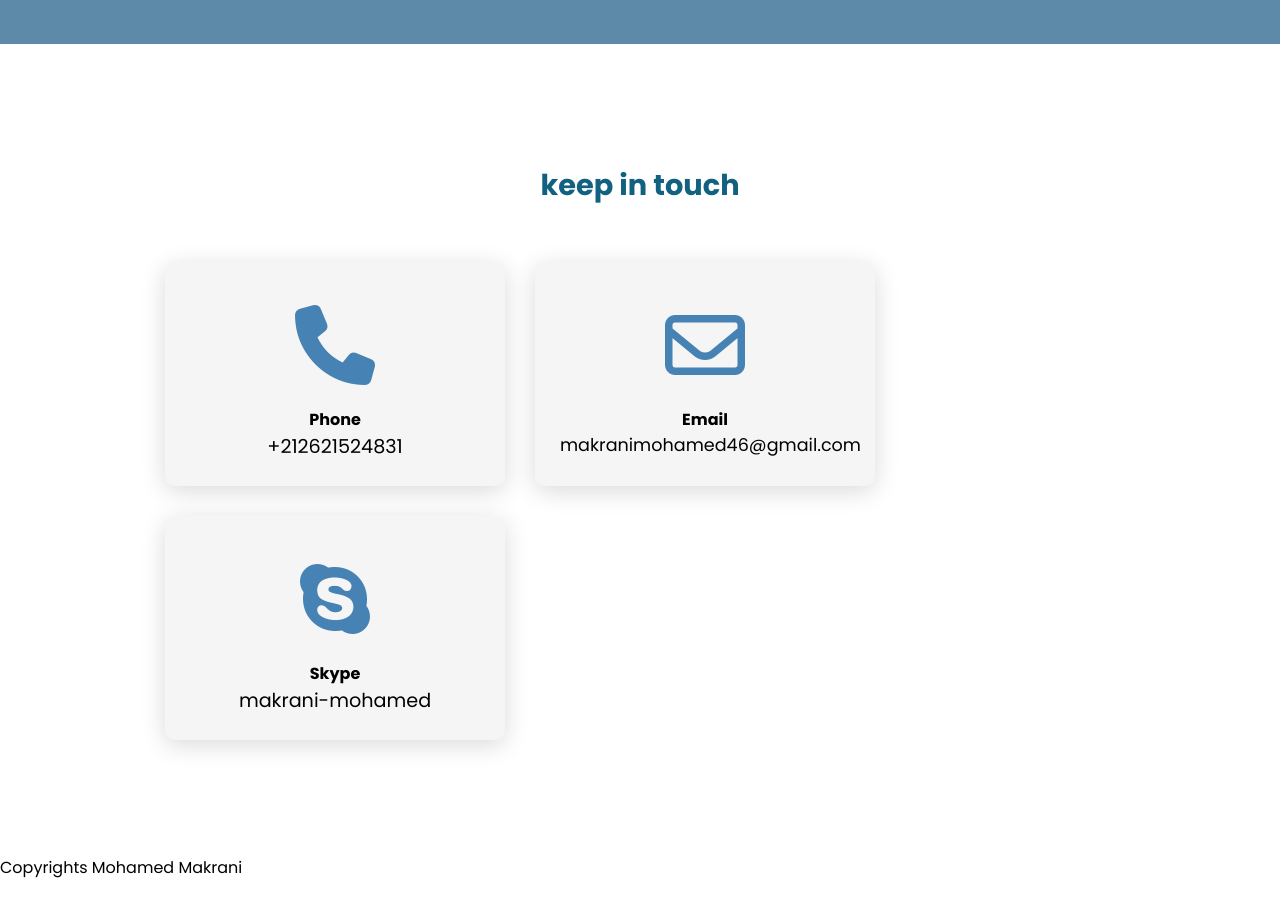
Repository: mohamed-makrani/Portfolio
Page: indixe.html
These files come from the project's save history. The page is drawn as it stood at one moment and after the next save; the edit follows.
The browser window is 1280 px wide. The pictures show the part of the page from y = 2674 to 3626 px (the page is 3587 px tall before and 3626 px after).
A picture or video elsewhere on the page could not be fetched, so the positions and the page height are approximate. Backgrounds fixed to the window are drawn as part of the page.

Above is the page before, as saved 2023-09-17 15:29:11.

### indixe.html
<!DOCTYPE html>
<html lang="en">
<head>
    <meta charset="UTF-8">
    <meta name="descreption" content="makrani-mohamed/portfilio"/>
    <title>Mohamed-makrani</title>
    <link rel="stylesheet" href="https://cdnjs.cloudflare.com/ajax/libs/font-awesome/6.4.2/css/all.min.css"/>
    <link  rel="stylesheet" href="style.css" />
</head>
<body>
    <header>
        <a class="logo" href="#logo" >Mohamed-makrani</a>
        <nav class="navigation">
            <a href="#services" >services</a>
            <a href="#projects" > projects</a>
            <a href="#contact"> contact </a>

        </nav>
    </header>
    <section class="main" id="logo">
        <div>
            <h6>Hello, I'm mohamed </h6>
            <h1>Web developer</h1>
            <h4>Width defines web's rhythm</h4>
        <a href="#" class="main-button">view my work</a>
        <div class="social-media">
            <a href="#" ><i class="fa-brands fa-github"></i></a>
            <a href="https://www.linkedin.com/in/mohamed-makrani-b9bb0028b/" target="_blank"><i class="fa-brands fa-linkedin"></i></a>
            <a href="#"><i class="fa-brands fa-instagram"></i></a>
            <a href="#"><i class="fa-brands fa-facebook"></i></a>
        </div>
        </div>
    </section>

    <section class="cards" id="services" >
        <h2 class="title">Services</h2>
        <div class="content" >
            <div class="card">
                <div class="icon"><i class="fa-solid fa-shield-halved"></i></div>
                <div class="info">
                    <h2>Web app testing</h2>
                    <p>Effective web application testing is crucial to delivering a high-quality product to users and maintaining its reliability over time.</p>
                </div>
            </div>
            <div class="card">
                <div class="icon"><i class="fa-solid fa-database"></i></div>
                <div class="info">
                    <h2>Database management</h2>
                    <p>the process of designing, implementing, maintaining, and optimizing databases to efficiently and securely store, retrieve, and manage data.</p>
                </div>
            </div>
            <div class="card">
                <div class="icon"><i class="fa-solid fa-code"></i></div>
                <div class="info">
                    <h2>Web app developer</h2>
                    <p> designing, creating, and maintaining web applications.</p>
                </div>

            </div>

        </div>
    </section>
        <section class="Projects" id="projects">
            <h2 class="projec-title">Projects</h2>
            <div class="project-content">
                <div class="project-card">
                    <div class="image">
                        <img src="test-web-application.jpg" />
                    </div>
                    <div class="project-info">
                        <strong class="project-title"><span>Testing web applications</span>

                        </strong>
                        <p> testing web applications for security vulnerabilities. </p>
                        <a href="" class="detaile" >More detaile</a>
                    </div>
                </div>
                <div class="project-card">
                    <div class="image">


                    </div>
                    <div class="project-info">
                        <strong class="project-title"><span></span></strong>
                        <p></p>
                        <a href="" class="detaile">More detaile</a>

                    </div>

                </div>
                <div class="project-card">
                    <div class="image">

                    </div>
                    <div class="project-info">
                        <strong class="project-title"><span></span></strong>
                        <p></p>
                         <a href="" class="detaile">More detaile</a>
                    </div>




                </div>


            </div>

        </section>
        <section class="contact-me" id="contact">
            <h2 class="work-contact">keep in touch</h2>
            <div class="contact-content">
                <div class="contact-card">
                    <div class="contact-icon"><i class="fa-solid fa-phone"></i></div>
                    <div class="contact-info">
                        <h4>Phone</h4>
                        <P class="Ph">+212621524831</P>
                    </div>
                </div>
                <div class="contact-card">
                    <div class="contact-icon"><i class="fa-regular fa-envelope"></i></div>
                    <div class="contact-info">
                        <h4>Email</h4>
                        <p class="em">makranimohamed46@gmail.com</p>

                    </div>


            </div>
            <div class="contact-card">
                <div class="contact-icon"><i class="fa-brands fa-skype"></i></i></div>
                <div class="contact-info">
                    <h4>Skype</h4>
                    <p class="xd">makrani-mohamed</p>

                </div>


        </div>
            </div>





        </section>
        <footer class="footer">
            <p class="footer-title" >Copyrights <span>Mohamed Makrani</span></p>
            <div class="social-media">
                <a href="#" ><i class="fa-brands fa-github"></i></a>
                <a href="https://www.linkedin.com/in/mohamed-makrani-b9bb0028b/" target="_blank"><i class="fa-brands fa-linkedin"></i></a>
                <a href="#"><i class="fa-brands fa-instagram"></i></a>
                <a href="#"><i class="fa-brands fa-facebook"></i></a>
            </div>

        </footer>








</body>
</html>

### style.css
@import url('https://fonts.googleapis.com/css2?family=Poppins:ital,wght@0,200;0,300;0,400;0,500;0,600;0,700;0,800;0,900;1,100;1,200;1,300;1,400;1,500;1,600;1,700;1,800;1,900&display=swap');

*{

    font-family: 'Poppins', sans-serif;
    margin: 0;
    padding: 0;
    box-sizing: border-box;
    scroll-behavior: smooth;
}
 header{

    background-color: #f5f5f5;
    width: 100%;
    position: fixed;
    display: flex;
    z-index: 999;
    justify-content: space-between;
    align-items: center;
    padding: 10px 200px;

 }
 .logo {
    /* default is 16 px */

    text-decoration: none;
    font-size: 16px;
    color: #126180;
    text-transform: uppercase;
    font-weight: 700;
 }
 .navigation a{
    color: #126180;
    font-size: 15px;
    font-weight: 600px;
    text-decoration: none;
    padding-left:  30px;

 }
.navigation a:hover {

color: rgb(83, 15, 146);
}
 section {

   padding: 100px 150px;
 }
 .main{

   width: 100%;
   min-height: 100vh;
   display: flex;
   align-items: center;
   background:url(backround.jpg) no-repeat;
   background-size: cover;
   background-position:center ;
   background-attachment: fixed;

 }
 .main h6 {

   color: white;
   font-weight:500px ;
   font-size: 0.9em;


 }

 .main h1 {

   color:#5d8aa8 ;
   font-size: 2.4em;
   font-weight: 500px;
   margin-top: 6px;
 }
 .main h4 {

   color: white;
   font-size: 1em;
   font-weight: 500px;
   margin-top: 6px;
   margin-bottom: 20px;
   letter-spacing:1px;
 }
.main-button {

color : white;
text-decoration: none;
background-color: #92a1cf;
letter-spacing : 1px;
font-size: 1em;
font-weight: 600px;
display: inline-block;
padding: 0.935em 2.187em;
border-radius: 12px;
margin-bottom: 20px;
transition: 0.7s ease;

}
.main-button :hover{
   background-color:#545aa7;
   transform: scale(1.1);
}
.social-media a{

   color: white;
   font-size: 22px;
   padding-left: 18px;

}

.title {

   display: flex;
   justify-content: center;
   color:#126180;
   font-size:1.8em ;
   font-weight: 700px;
   margin-bottom: 40px;
}
.content{
   display: flex;
   justify-content: center;
   flex-direction: row;
   flex-wrap: wrap;
}
.card {
   background-color:#f5f5f5;
   width:21.25em;
   box-shadow: 0 5px 25px rgba(1 1 1 /15%);
    border-radius: 10px;
    padding: 25px;
    margin: 15px;
    transition: 0.4s ease;
}
.card:hover {
   transform: scale(1.1);
}
.icon {
   color: #4682b4;
   text-align: center;
   font-size: 5em;
}
.info h2 {

   color:#4682b4 ;
   text-align: center;
   font-size:1.1em;
   font-weight: 700px;
   margin:10px ;

}
.info p {

   text-align: center;
   font-size:1.1em ;
   font-weight:500px ;
   color :rgb(39, 37, 37);


}
.Projects{
   background-color: #5d8aa8;
}
.projec-title{

   display: flex;
   justify-content: center;
   color: white;
   font-size:1.8em ;
   font-weight:700 ;
   margin-bottom: 40px;

}
.project-content{

   display: flex;
   justify-content: center;
   flex-direction: row;
   flex-wrap: wrap;
}

 .projects.project-content{
   margin-top: 30px;
 }
.project-card{

   background-color: white;
   border: 2px solid black;
   min-height: 14em;
   width: 23em;
   overflow: hidden;
   border-radius: 10px;
   margin: 20px;
   transition: 0.5s ease;
}

.project-card:hover{
   transform: scale(1.1);
}
.project-card:hover .image{
opacity: 0.9;

}
image img {
   width: 100%;
}
.project-info{
   padding: 1em;
}
.project-info p{
   font-size: 0.9em;
   color: black;

}
.project-info strong{
   margin-top: 10px;
   font-weight: 800px;
   display: flex;
   justify-content: space-between;
   text-transform: uppercase;

}
.detaile {
   padding-top: 20px;
   text-decoration:none;
   font-size: 1.4em;
   font-weight: 800px;
   color:#4682b4;
   justify-content: center;

}

.contact-me{
   margin-top :20px;
}
.work-contact{
   color: #126180;
    display: flex;
   justify-content: center;
   font-size:1.8em ;
   font-weight: 700px;
   margin-bottom: 40px;

}
.contact-content{
   display: flex;
   flex-direction: row;
   flex-wrap: wrap;
}
.contact-card{
   background-color:#f5f5f5;
   width:21.25em;
   box-shadow: 0 5px 25px rgba(1 1 1 /15%);
    border-radius: 10px;
    padding: 25px;
    margin: 15px;
    justify-content:center;
    align-items:center;

    transition: 0.4s ease;
}
.contact-card:hover{
    transform: scale(1.1);
}
.contact-icon{
   color: #4682b4;
   text-align: center;
   font-size: 5em;
}
.contact-info h4{
  text-align: center;
}
.Ph{
   text-align: center;
   font-size: 1.2em;
}
.xd{
   text-align: center;
   font-size: 1.2em;
}
.em{
   font-size: 1.1em;
}
.contacte-me.icon{
   font-size: 4.5em;
}

After the next save:
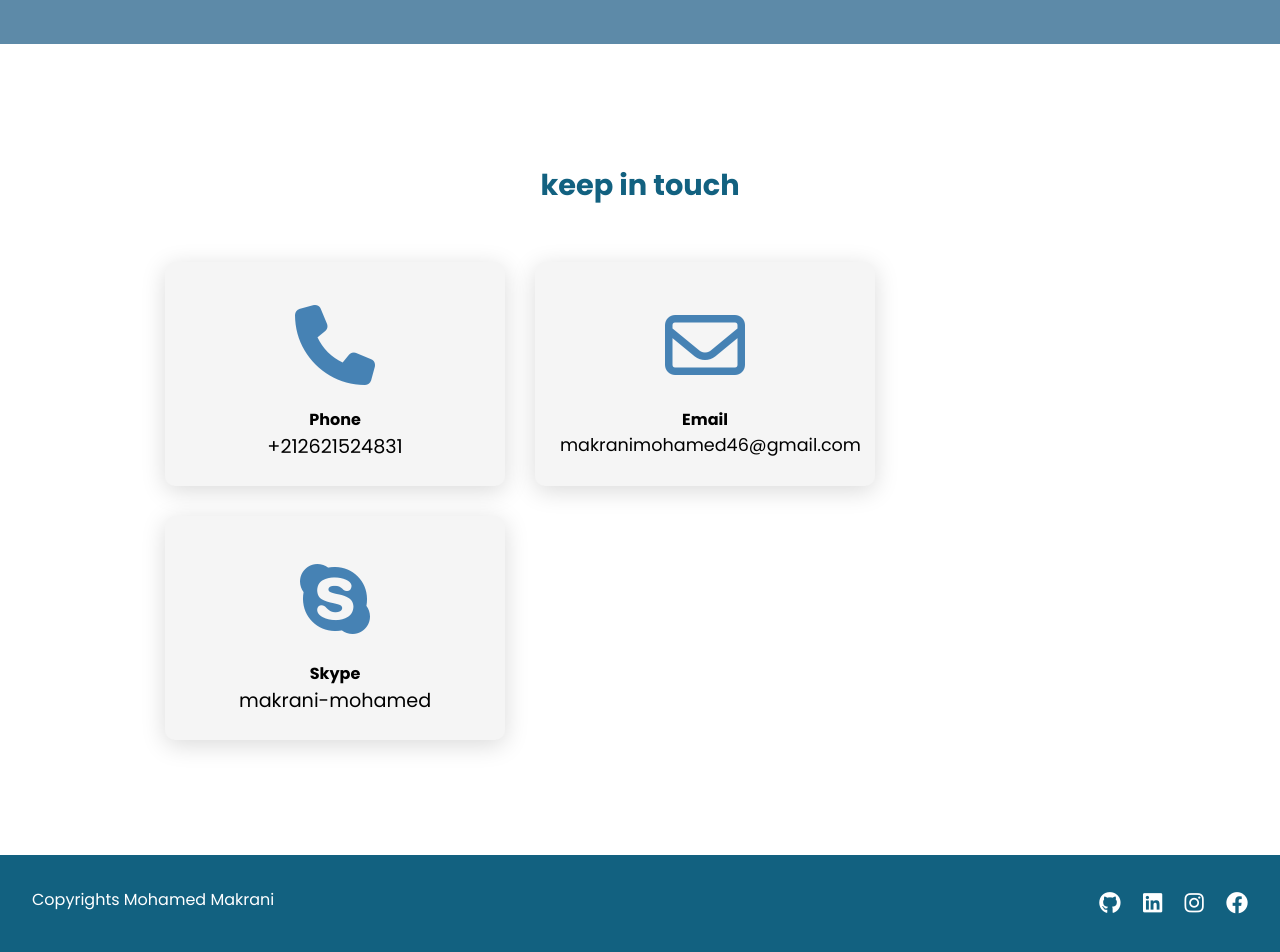
Saved 2 min 4 s later.
--- a/style.css
+++ b/style.css
@@ -285,3 +285,10 @@ image img {
 .contacte-me.icon{
    font-size: 4.5em;
 }
+.footer{
+   background-color: #126180;
+   color: white;
+   padding: 2em;
+   display: flex;
+   justify-content: space-between;
+}
